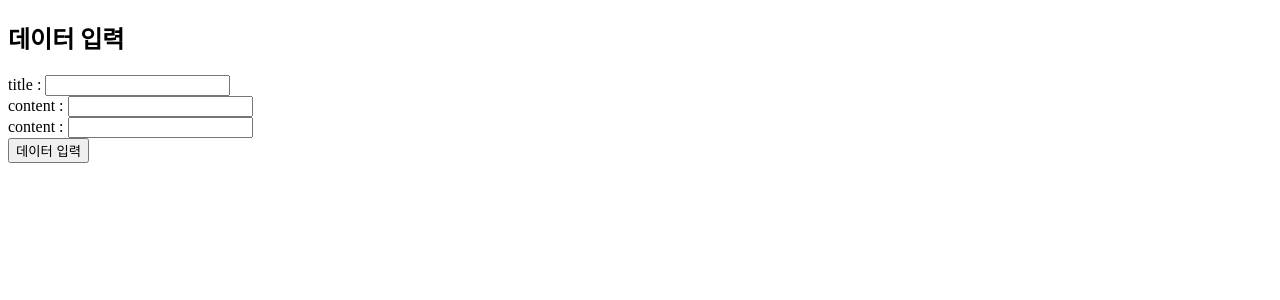
Repository: bluelessman/JSPServlet
Page: http://localhost/ServletStudy/JSPMission/Session/InsertBoardForm.jsp
An editor plug-in stored every save of this project. The page is shown before and after the next save, followed by the edit.
The browser window is 1280 px wide. The pictures show the whole page.
The page is served by Tomcat 10.

Above is the page before, as saved 2023-12-14 07:34:05.

After the next save:
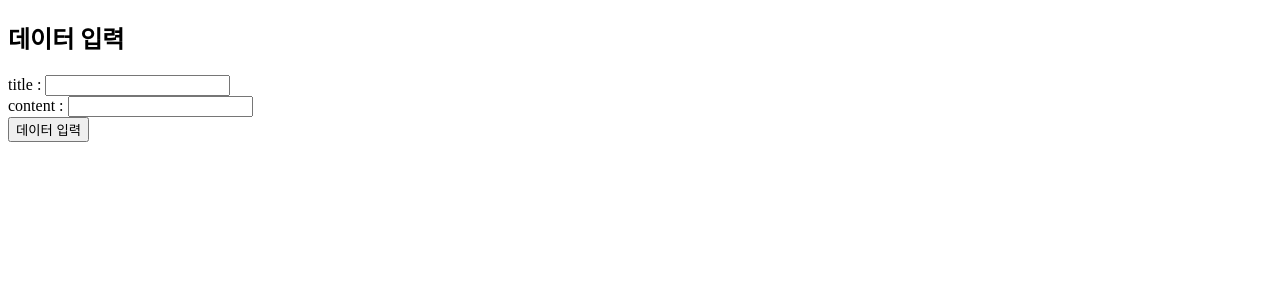
Saved 66 s later.
--- a/ServletStudy/src/main/webapp/JSPMission/Session/InsertBoardForm.jsp
+++ b/ServletStudy/src/main/webapp/JSPMission/Session/InsertBoardForm.jsp
@@ -11,7 +11,6 @@
 	<form action=<%=session.getAttribute("member") == null?"LoginForm.jsp":"InsertBoardProcess.jsp"%> method="post">
 	title : <input type="text" name="title"/><br/>
 	content : <input type="password" name="content"/><br/>
-	content : <input type="password" name="content"/><br/>
 	<input type="submit" value="데이터 입력"/>
 	</form>
 </body>
